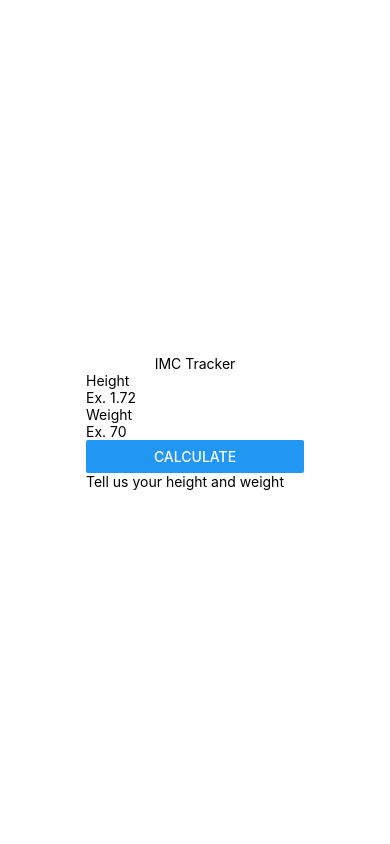
Repository: rubenmatias08/IMCTracker
Screen: /
The author's editor kept a copy of each file at every save. The screen is drawn from the files as they stood at one save, then again after the next save.
The app was drawn by React Native's web renderer in a window 390 px wide. The project was rebuilt for these pictures with package versions that can differ from the ones it lists, and the page was loaded fresh each time.

Above is the screen before, as saved 2024-03-10 16:09:35.

After the next save:
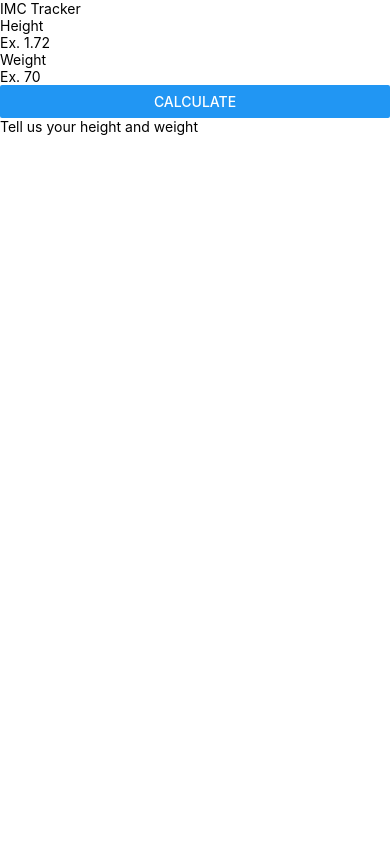
Saved 45 s later.
--- a/App.js
+++ b/App.js
@@ -15,7 +15,5 @@
   container: {
     flex: 1,
     backgroundColor: 'f8f8ff',
-    alignItems: 'center',
-    justifyContent: 'center',
   },
 });
